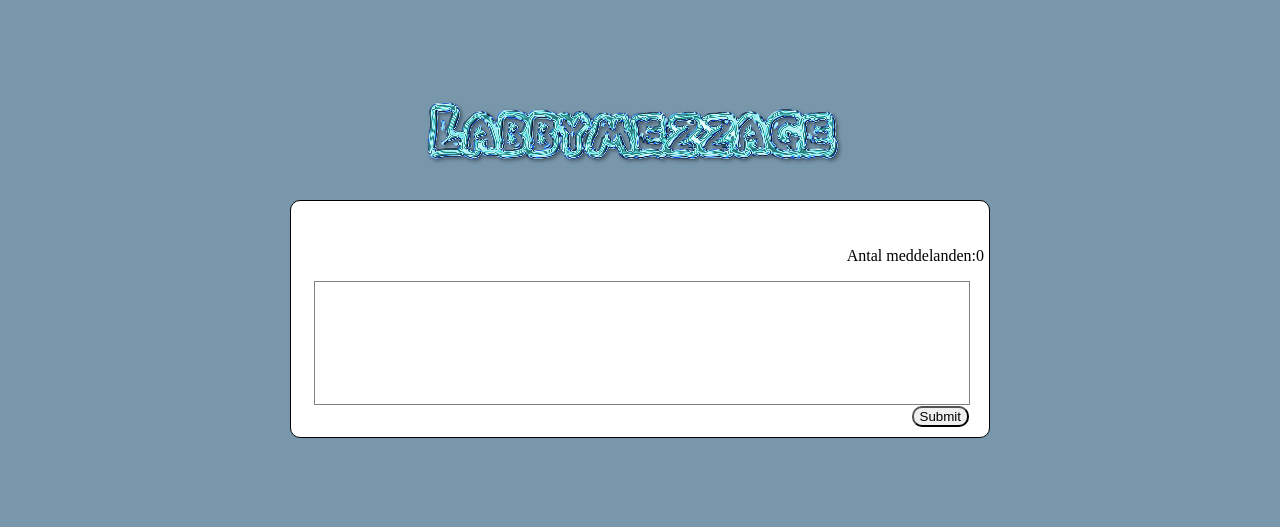
Repository: la222tc/la222tc-1dv403-Laborationer
Page: 2-labbymezzage/index.html
The author's editor kept a record of every edit. The page is drawn from the files as they stood at one moment, then again after the next edit.
The browser window is 1280 px wide. The pictures show the whole page.

Above is the page before.
Console error: SyntaxError: Unexpected token ':'

After the next edit:
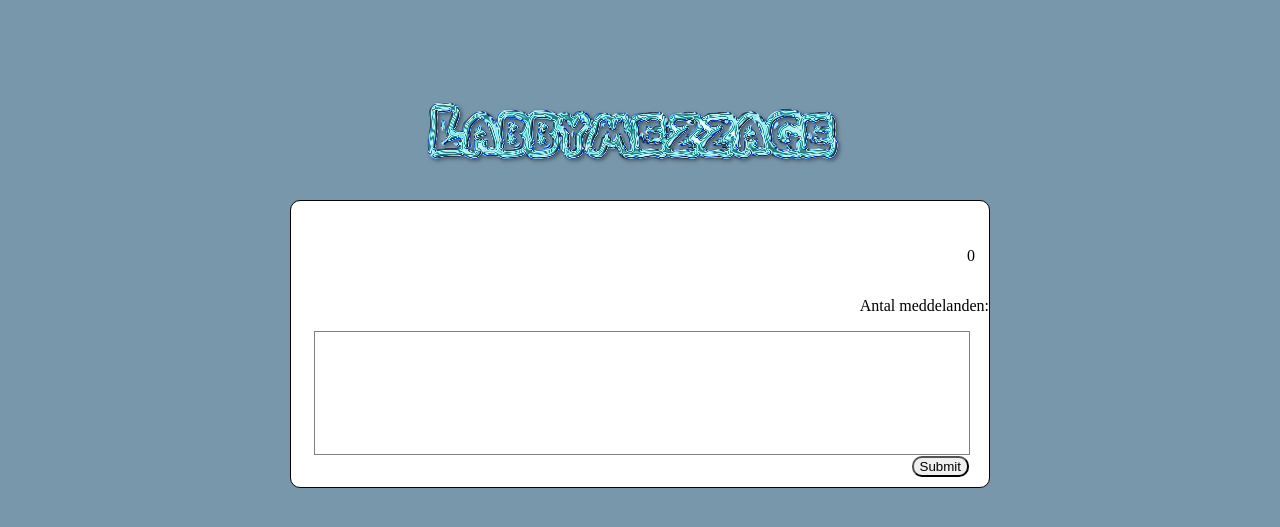
The edit:
--- a/2-labbymezzage/index.html
+++ b/2-labbymezzage/index.html
@@ -17,9 +17,11 @@
                  <a class="timeAndDelete delete"href="#"></a><a class="timeAndDelete time" href="#"></a>
                 <p class="timeStamp"></p>
                 </div>
-                </div> -->
+                </div>
+                <p id="amountOfMessages"> 0
+                --><p id="amountOfMessages"> 0
             </div>
-                <p id="amountOfMessages"> 0<p id="numberOfMessages">Antal meddelanden: </p></p>
+                <p id="numberOfMessages">Antal meddelanden: </p></p>
                 <form id="messageForm">
                     <input id="messageTextArea" type="textarea" name="messageInput"/>
                     <input id="submit" type="submit" value="Submit"/>

After the 2 edits that followed:
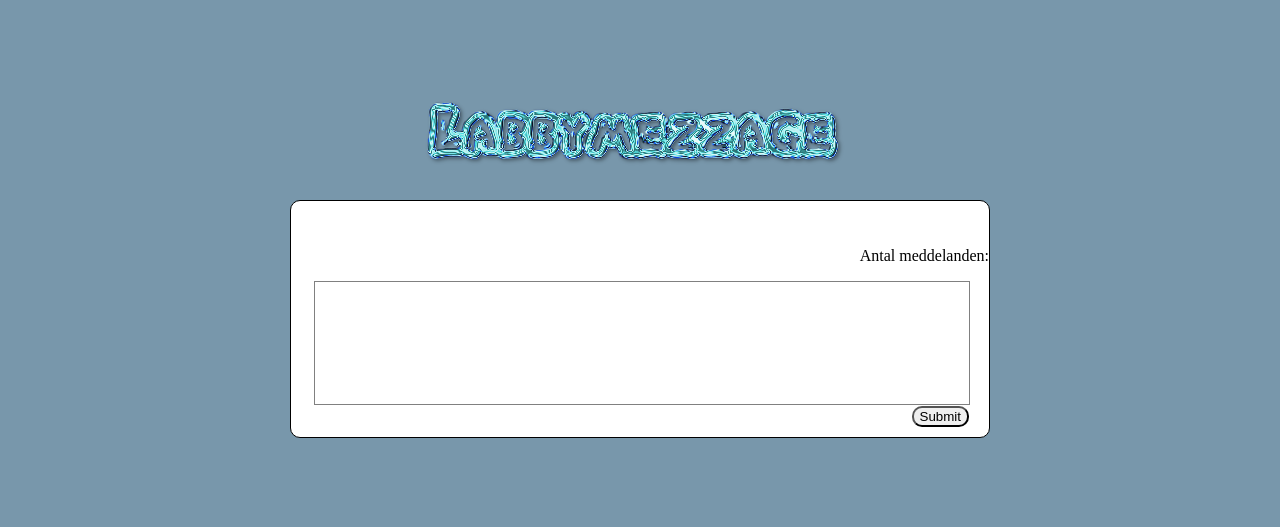
The 2 edits are shown as one change because 1 left the picture as it was.
The edit:
--- a/2-labbymezzage/index.html
+++ b/2-labbymezzage/index.html
@@ -18,10 +18,10 @@
                 <p class="timeStamp"></p>
                 </div>
                 </div>
-                <p id="amountOfMessages"> 0
-                --><p id="amountOfMessages"> 0
+                <p id="amountOfMessages"> 0 </p>
+                -->
             </div>
-                <p id="numberOfMessages">Antal meddelanden: </p></p>
+                <p id="numberOfMessages">Antal meddelanden: </p>
                 <form id="messageForm">
                     <input id="messageTextArea" type="textarea" name="messageInput"/>
                     <input id="submit" type="submit" value="Submit"/>
